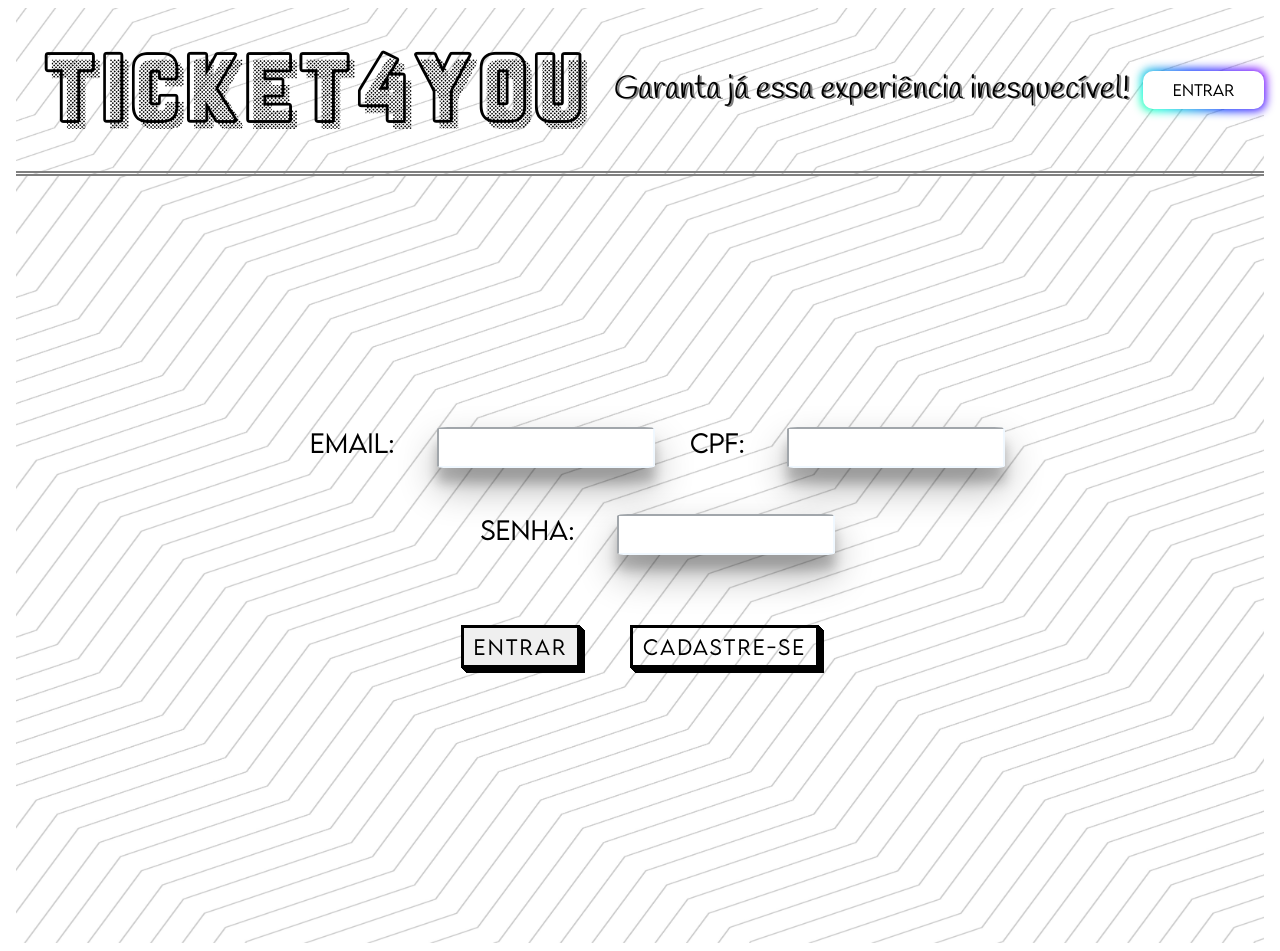
Repository: hellengurgaczz/projeto-DSA
Page: /
An editor plug-in stored every save of this project. The page is shown before and after the next save, followed by the edit.
The browser window is 1280 px wide. The pictures show the whole page.
The project was rebuilt for these pictures with package versions that can differ from the ones it lists, and the page was loaded fresh each time. Also part of the build but not shown: angular.json, src/app/ingressos/templates/cadastrar/cadastrar.component.ts, src/app/models/ingresso.model.ts, src/app/services/ingresso.service.ts, src/app/compra/comprar-ingresso/comprar-ingresso.component.ts, src/app/models/compra.model.ts, src/app/services/compra.service.ts, src/app/ingressos/templates/deletar/deletar.component.ts and 3 more.

Above is the page before, as saved 2022-05-30 14:29:31.

After the next save:
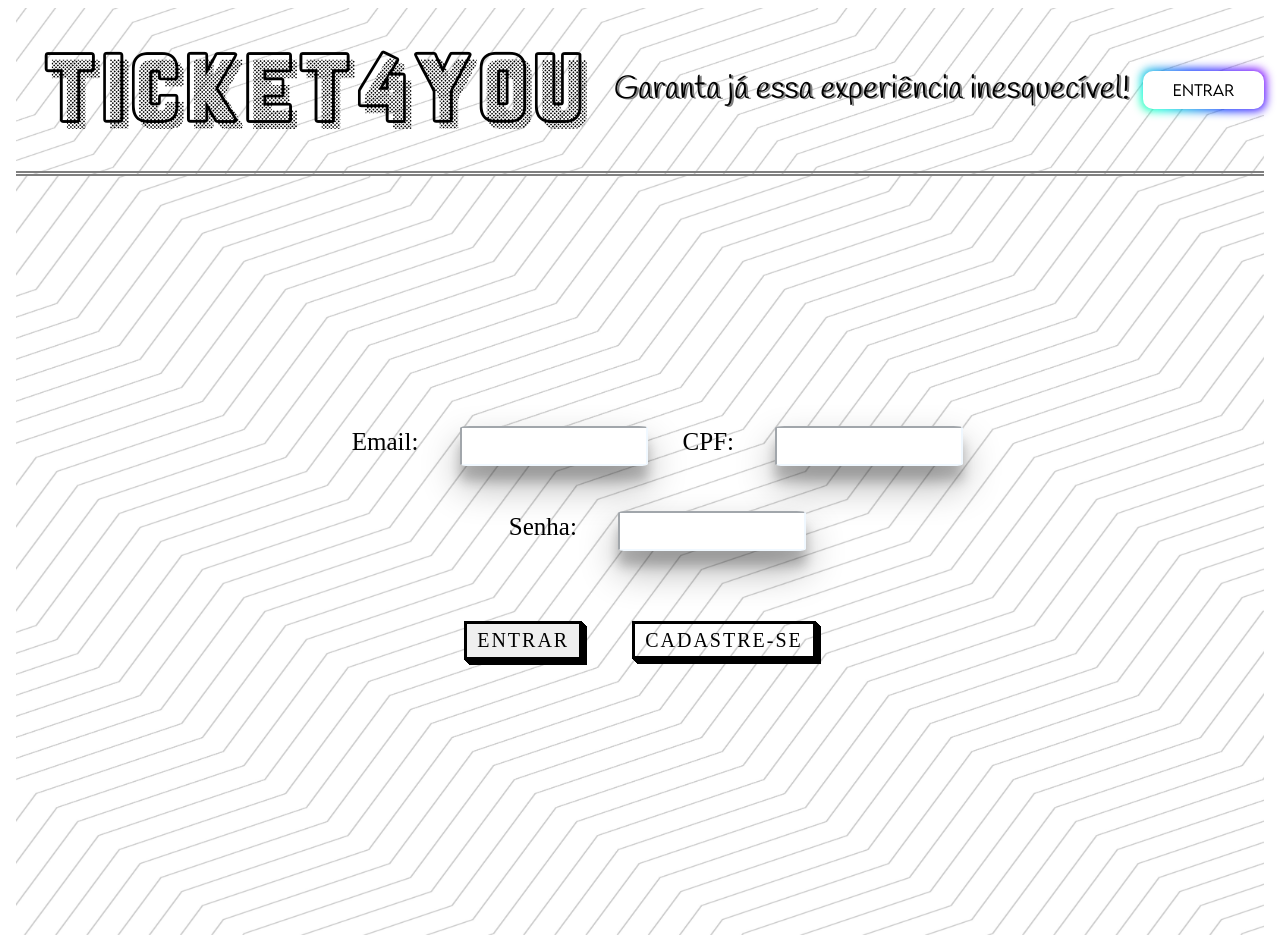
Saved 16 s later.
--- a/src/app/login/login.component.css
+++ b/src/app/login/login.component.css
@@ -69,7 +69,7 @@
   left: 5px;
 }
 
-@font-face{
+@font-face{c dx
   font-family: LEMONMILKLight;
   src: url(fonts/LEMONMILK-Light.otf);
 }

After the save that followed:
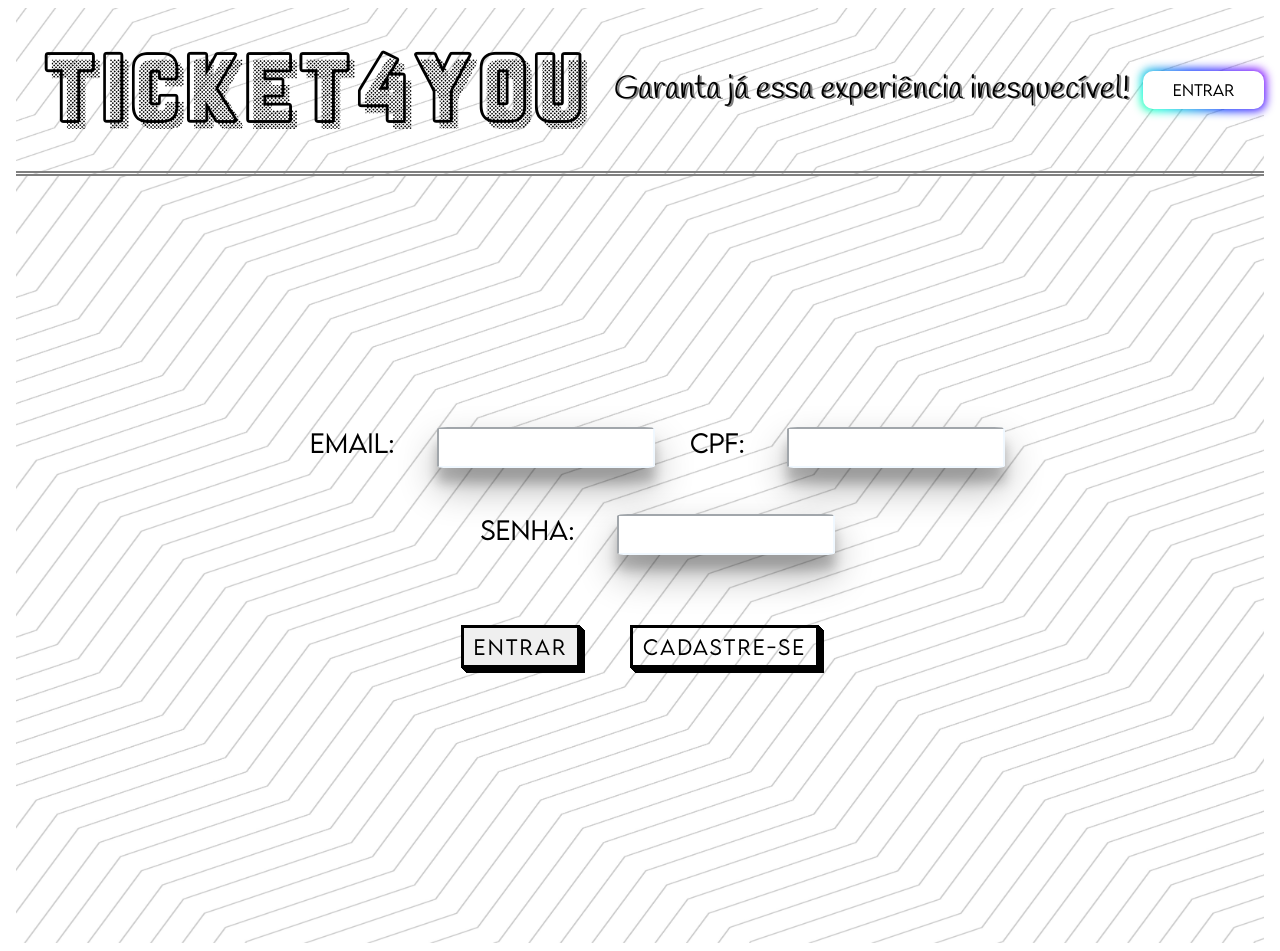
Saved 6 s later.
--- a/src/app/login/login.component.css
+++ b/src/app/login/login.component.css
@@ -69,7 +69,7 @@
   left: 5px;
 }
 
-@font-face{c dx
+@font-face{
   font-family: LEMONMILKLight;
   src: url(fonts/LEMONMILK-Light.otf);
 }
